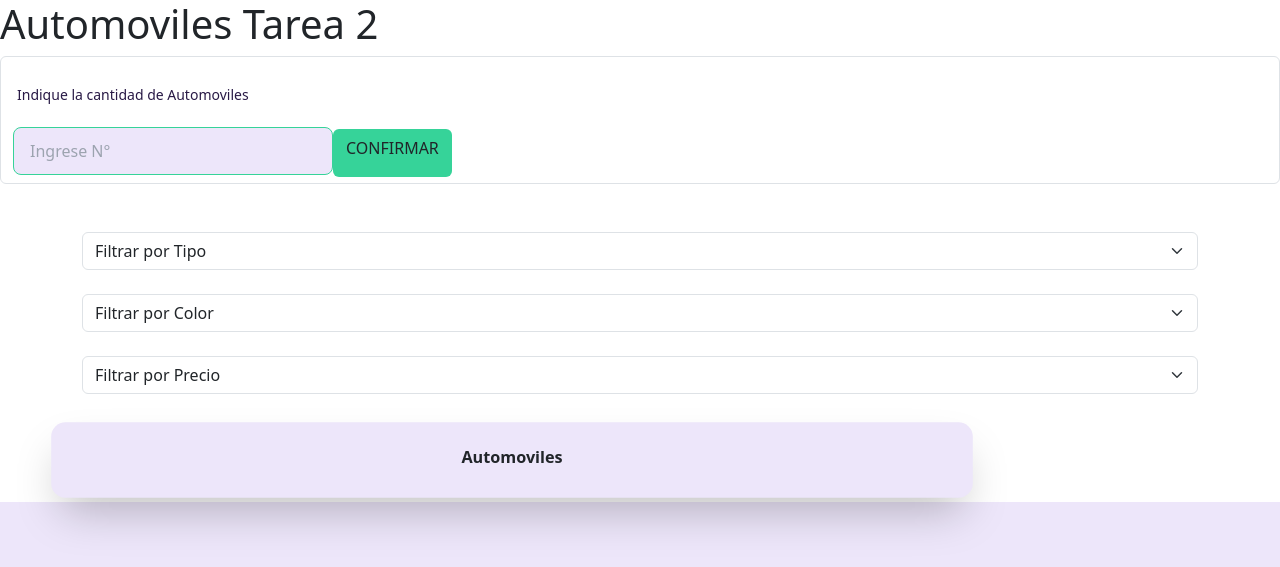
Repository: Claudioxs/Tarea2
Page: /automovil (app in FrontEnd/vue-project/)
The author's editor kept a copy of each file at every save. The page is drawn from the files as they stood at one save, then again after the next save.
The browser window is 1280 px wide. The pictures show the whole page.
The project was rebuilt for these pictures with package versions that can differ from the ones it lists, and the page was loaded fresh each time. Also part of the build but not shown: FrontEnd/vue-project/vite.config.js, FrontEnd/vue-project/src/components/HelloWorld.vue.

Above is the page before, as saved 2023-05-22 23:52:29.

After the next save:
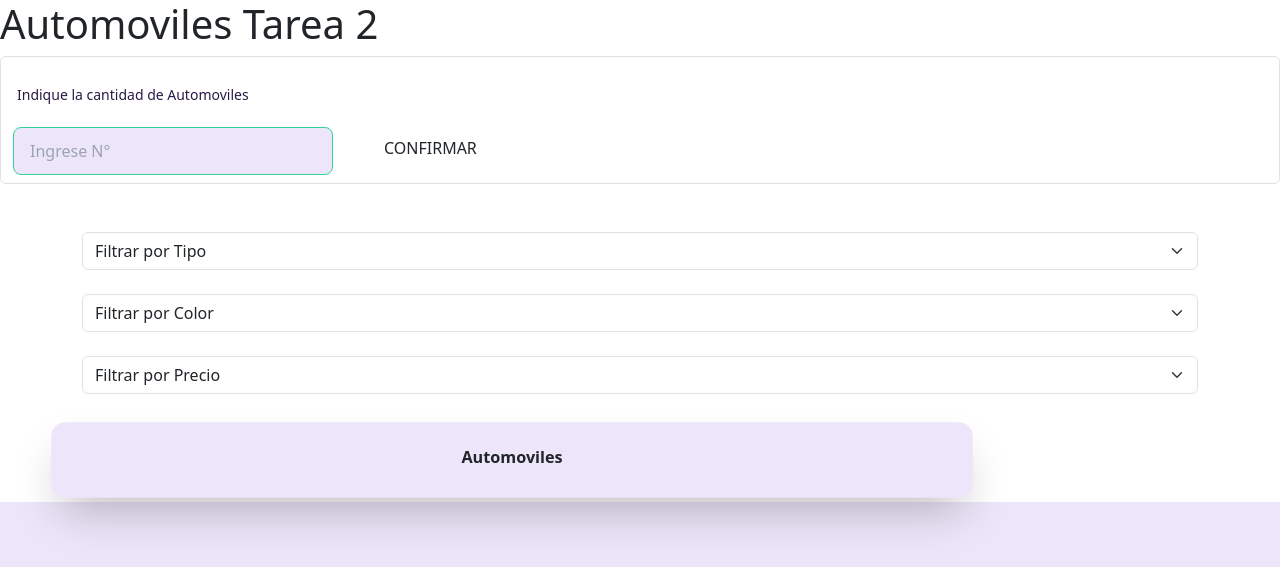
Saved 33 s later.
--- a/FrontEnd/vue-project/src/views/Automovil.vue
+++ b/FrontEnd/vue-project/src/views/Automovil.vue
@@ -12,7 +12,7 @@
   </label>
  <div class="modal-start"  >
   <input type="number" placeholder="Ingrese N°" class="input input-bordered input-success w-full max-w-xs" />
-    <label for="ModalBorrar"  @click="crearAutomovil(label-text)" class="btn" style="background-color: #36D399">Confirmar</label>
+    <label for="ModalBorrar"  @click="crearAutomovil(label-text)" class="btn" style="padding-left: 50px;,background-color: #36D399">Confirmar</label>
   </div>
 </div>
 <br><br>
@@ -43,7 +43,7 @@
 </select>
 </div> <br>
 
-<div class="modal-box w-11/12 max-w-5xl" align="center">
+<div class="modal-box w-11/12 max-w-5xl">
 
     <h3 class="font-bold text-lg" align="center">Automoviles</h3>
 

After the save that followed:
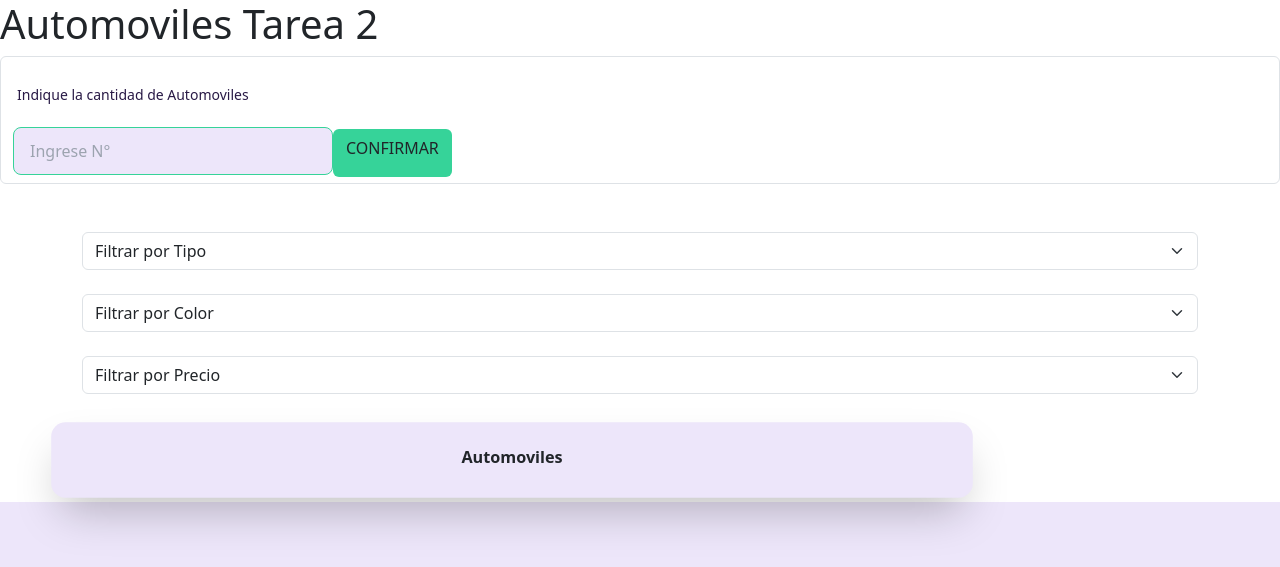
Saved 93 s later.
--- a/FrontEnd/vue-project/src/views/Automovil.vue
+++ b/FrontEnd/vue-project/src/views/Automovil.vue
@@ -12,7 +12,7 @@
   </label>
  <div class="modal-start"  >
   <input type="number" placeholder="Ingrese N°" class="input input-bordered input-success w-full max-w-xs" />
-    <label for="ModalBorrar"  @click="crearAutomovil(label-text)" class="btn" style="padding-left: 50px;,background-color: #36D399">Confirmar</label>
+    <label for="Modal"  @click="crearAutomovil(label-text)" class="btn sm" style="background-color: #36D399">Confirmar</label>
   </div>
 </div>
 <br><br>
